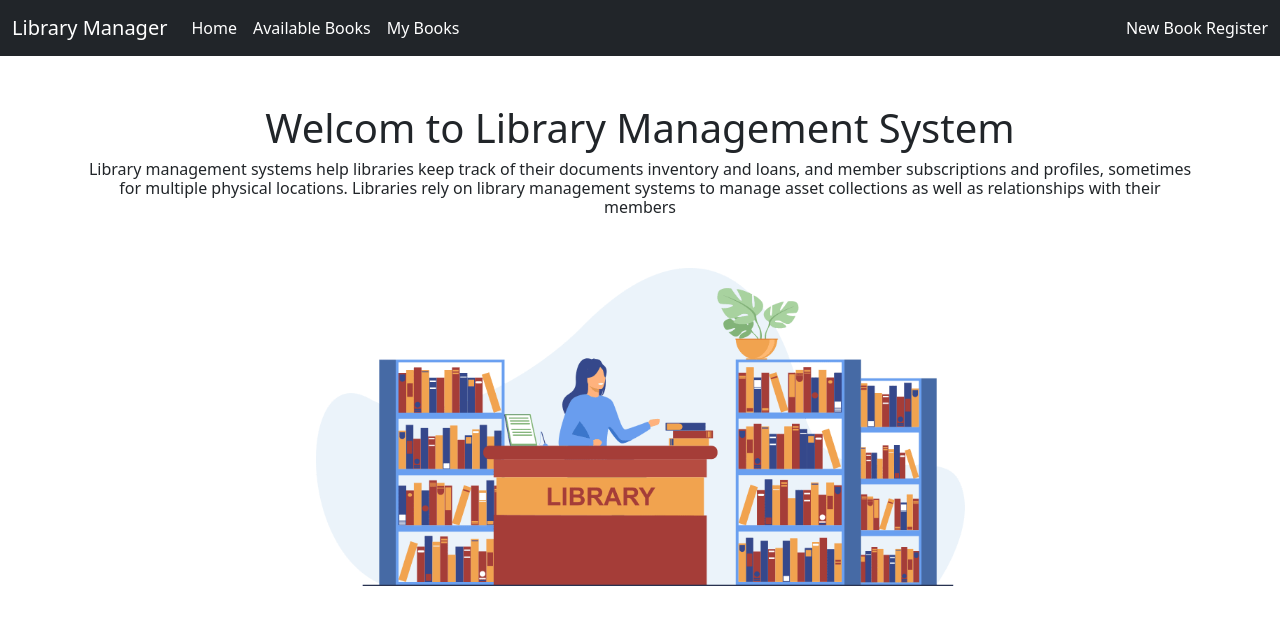
Repository: AkashCoder99/Spring-Libraray-Management
Page: http://localhost/bookList
These files come from the project's save history. The page is drawn as it stood at one moment and after the next save; the edit follows.
The browser window is 1280 px wide. The pictures show the whole page.
The page is this project's Thymeleaf template; nobody is signed in. The template is opened directly, without the code that normally fills it, so the values that code supplies are empty.

Above is the page before, as saved 2023-05-29 17:57:32.

### bookStore/src/main/resources/templates/bookList.html
<!doctype html>
<html lang="en" xmlns:th="https://www.thymeleaf.com">
  <head>
    <meta charset="utf-8">
    <meta name="viewport" content="width=device-width, initial-scale=1">
    <title>Library Management</title>
    <link href="https://cdn.jsdelivr.net/npm/bootstrap@5.3.0-alpha3/dist/css/bootstrap.min.css" rel="stylesheet" integrity="sha384-KK94CHFLLe+nY2dmCWGMq91rCGa5gtU4mk92HdvYe+M/SXH301p5ILy+dN9+nJOZ" crossorigin="anonymous">
  </head>
  <body>
	<nav class="navbar navbar-expand-lg navbar-light bg-dark">
  <div class="container-fluid">
    <a class="navbar-brand text-white" href="#">Library Manager</a>
    <button class="navbar-toggler" type="button" data-bs-toggle="collapse" data-bs-target="#navbarSupportedContent" aria-controls="navbarSupportedContent" aria-expanded="false" aria-label="Toggle navigation">
      <span class="navbar-toggler-icon"></span>
    </button>
    <div class="collapse navbar-collapse" id="navbarSupportedContent">
      <ul class="navbar-nav me-auto mb-2 mb-lg-0">
        <li class="nav-item">
          <a class="nav-link active text-white" aria-current="page" href="#">Home</a>
        </li>
        <li class="nav-item">
          <a class="nav-link text-white" href="#">Available Books</a>
        </li>
        <li class="nav-item">
          <a class="nav-link text-white" href="#">My Books</a>
        </li>
      </ul>
      <div>
		   <a class="nav-link text-white" href="book_register">New Book Register</a>
	  </div>
    </div>
  </div>
</nav>

	<div class="container text-center my-5">
		<h1>Welcom to Library Management System</h1>
		<h6>Library management systems help libraries keep track of their documents inventory and loans,
			and member subscriptions and profiles, sometimes for multiple physical locations.
			 Libraries rely on library management systems to manage asset collections as well as relationships with their members</h6>
		<img src="/images/HomePageLibrary.png" width="700px">
	</div>
    <script src="https://cdn.jsdelivr.net/npm/bootstrap@5.3.0-alpha3/dist/js/bootstrap.bundle.min.js" integrity="sha384-ENjdO4Dr2bkBIFxQpeoTz1HIcje39Wm4jDKdf19U8gI4ddQ3GYNS7NTKfAdVQSZe" crossorigin="anonymous"></script>
  </body>
</html>

After the next save:
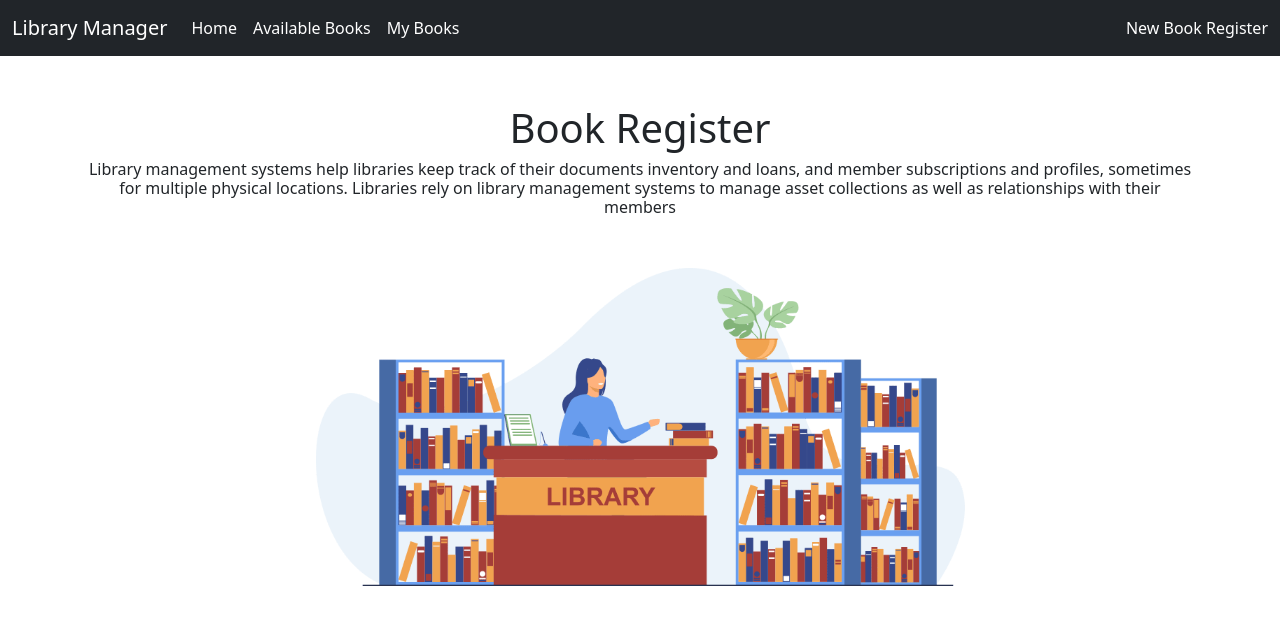
Saved 50 s later.
--- a/bookStore/src/main/resources/templates/bookList.html
+++ b/bookStore/src/main/resources/templates/bookList.html
@@ -33,7 +33,7 @@
 </nav>
 
 	<div class="container text-center my-5">
-		<h1>Welcom to Library Management System</h1>
+		<h1>Book Register</h1>
 		<h6>Library management systems help libraries keep track of their documents inventory and loans,
 			and member subscriptions and profiles, sometimes for multiple physical locations.
 			 Libraries rely on library management systems to manage asset collections as well as relationships with their members</h6>
